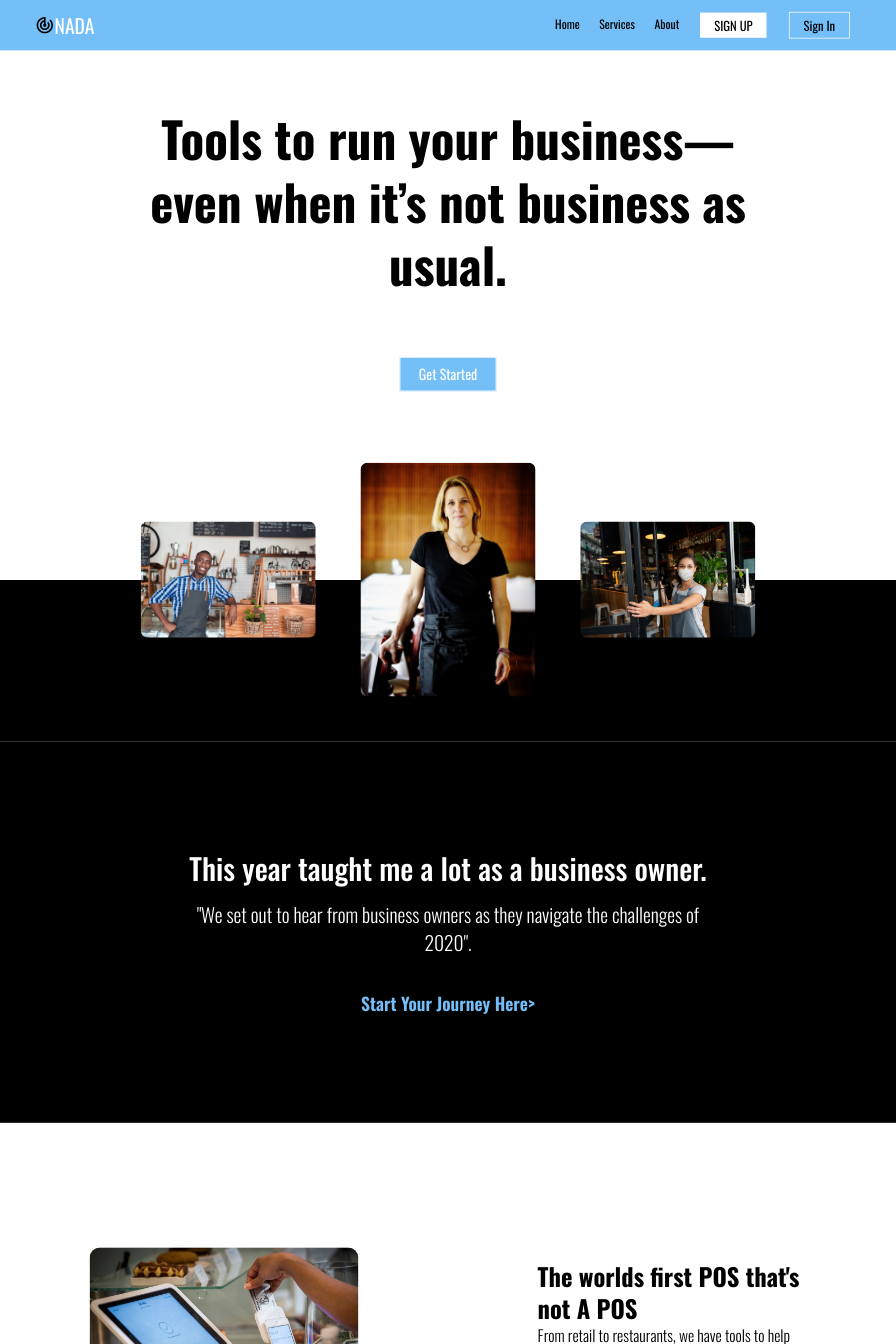
Repository: ThorHlavaty/final-project
Page: / (app in client/)
The author's editor kept a copy of each file at every save. The page is drawn from the files as they stood at one save, then again after the next save.
The browser window is 1280 px wide. The pictures show the part of the page from y = 0 to 1920 px (the page is 2819 px tall before and 2827 px after), at 70% of full size.
The page's requests for data from a server got no answer. The project was rebuilt for these pictures with package versions that can differ from the ones it lists, and the page was loaded fresh each time. No one was signed in, and anything a server would have sent is missing. Also part of the build but not shown: client/src/pages/Login/Login.js, client/src/Components/Order/OrderHeader.css, client/src/Components/Order/OrderHeader.js, client/src/Components/TableLayout.js, client/src/Dashboard.js, client/src/data.js, client/src/Components/Order/MenuItem.js, client/src/Components/Order/Menu.js and 15 more.

Above is the page before, as saved 2020-12-03 12:00:46.

After the next save:
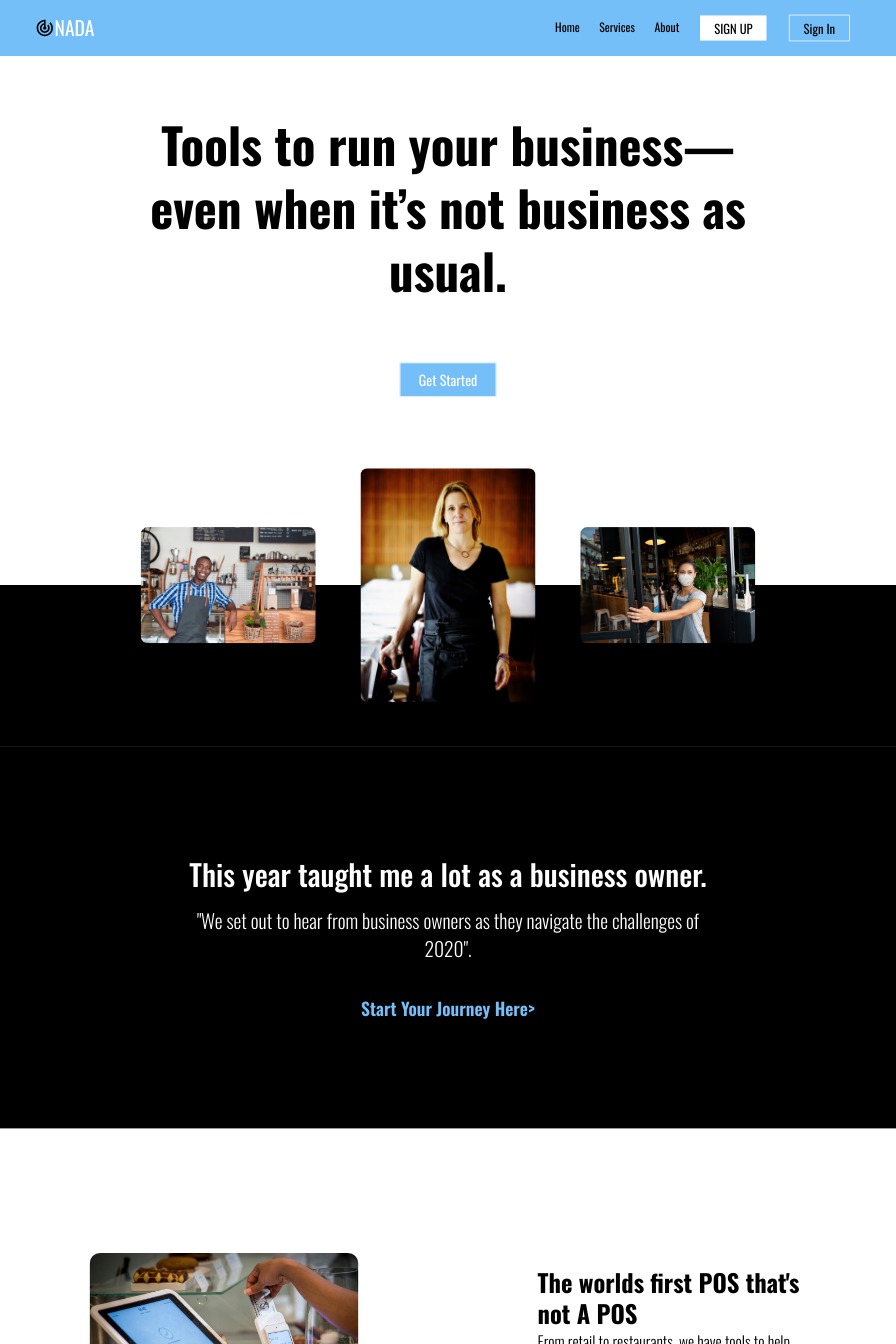
Saved 51 s later.
--- a/client/src/Components/TableLayout.css
+++ b/client/src/Components/TableLayout.css
@@ -12,5 +12,5 @@
 }
 #root{
 
-    height: 100vh
+    /* height: 100vh */
 }
